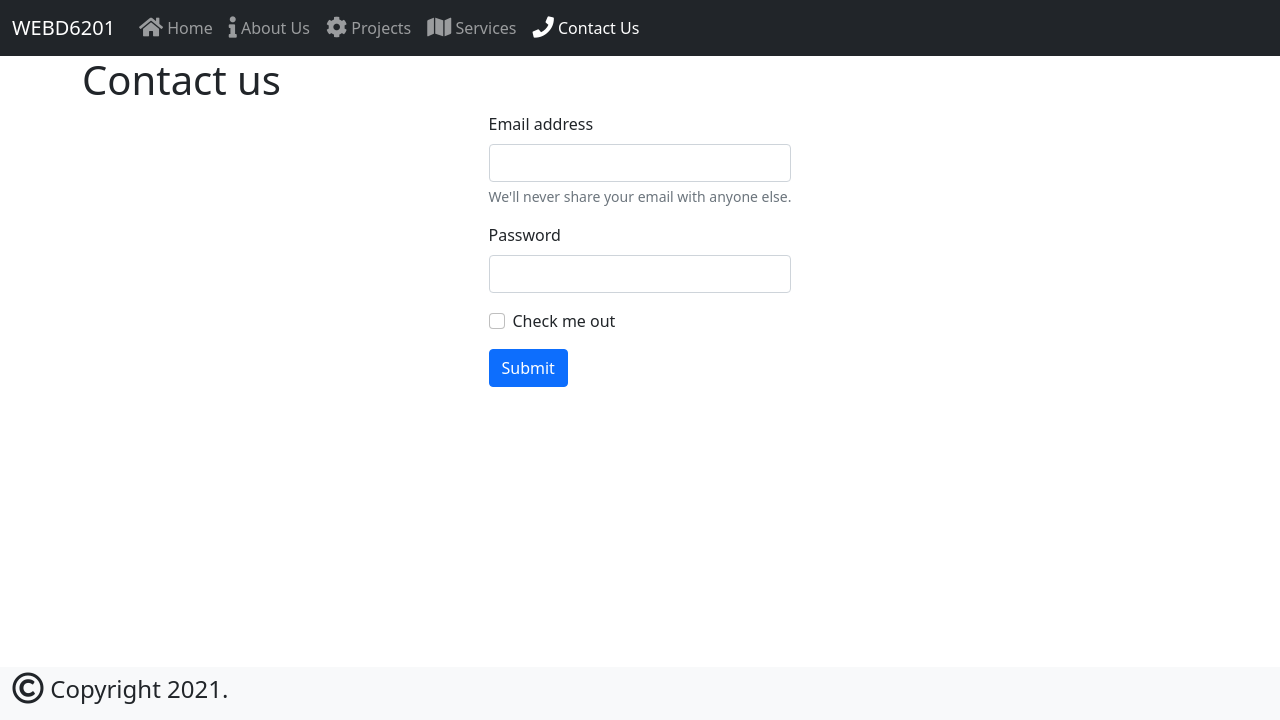
Repository: aphim/Webd6201-wk3
Page: contact.html
These files come from the project's save history. The page is drawn as it stood at one moment and after the next save; the edit follows.
The browser window is 1280 px wide. The pictures show the whole page.

Above is the page before, as saved 2021-01-21 09:17:38.

### contact.html
<!DOCTYPE html>
<html lang="en">
<head>
    <meta charset="UTF-8">
    <meta name="viewport" content="width=device-width, initial-scale=1.0">
    <title>Contact</title>
    <!-- CSS Section -->
    <link rel="stylesheet" href="./node_modules/bootstrap/dist/css/bootstrap.min.css">
    <link rel="stylesheet" href="./node_modules/@fortawesome/fontawesome-free/css/all.min.css">
    <link rel="stylesheet" href="./Content/app.css">
</head>
<body>
  <!-- Main Header-->
    <header>
      <!-- Main navigation-->
        <nav class="navbar navbar-expand-lg navbar-dark bg-dark">
            <div class="container-fluid">
              <a class="navbar-brand" href="index.html">WEBD6201</a>
              <button class="navbar-toggler" type="button" data-bs-toggle="collapse" data-bs-target="#navbarSupportedContent" aria-controls="navbarSupportedContent" aria-expanded="false" aria-label="Toggle navigation">
                <span class="navbar-toggler-icon"></span>
              </button>
              <div class="collapse navbar-collapse" id="navbarSupportedContent">
                <ul class="navbar-nav me-auto mb-2 mb-lg-0">
                  <li class="nav-item">
                    <a class="nav-link" aria-current="page" href="index.html"><i class="fas fa-home fa-lg"></i> Home</a>
                  </li>

                  <li class="nav-item">
                    <a class="nav-link" aria-current="page" href="about.html"><i class="fas fa-info fa-lg"></i> About Us</a>
                  </li>

                  <li class="nav-item">
                    <a class="nav-link" aria-current="page" href="projects.html"><i class="fas fa-cog fa-lg"></i> Projects</a>
                  </li>

                  <li class="nav-item">
                    <a class="nav-link" aria-current="page" href="services.html"><i class="fas fa-map fa-lg"></i> Services</a>
                  </li>

                  <li class="nav-item">
                    <a class="nav-link active" aria-current="page" href="contact.html"><i class="fas fa-phone fa-lg"></i> Contact Us</a>
                  </li>
                </ul>
              </div>
            </div>
          </nav>
    </header>

<!--Main Content-->
    <main class="container">
        <h1>Contact us</h1>

<div class="row justify-content-md-center">
  <form class="col-md-auto">

    <div class="mb-3">
      <label for="exampleInputEmail1" class="form-label">Email address</label>
      <input type="email" class="form-control" id="exampleInputEmail1" aria-describedby="emailHelp">
      <div id="emailHelp" class="form-text">We'll never share your email with anyone else.</div>
    </div>

    <div class="mb-3">
      <label for="exampleInputPassword1" class="form-label">Password</label>
      <input type="password" class="form-control" id="exampleInputPassword1">
    </div>

    <div class="mb-3 form-check">
      <input type="checkbox" class="form-check-input" id="exampleCheck1">
      <label class="form-check-label" for="exampleCheck1">Check me out</label>
    </div>

    <button type="submit" class="btn btn-primary">Submit</button>
  </form>
</div>
    </main>

    <!-- Main footer-->
    <footer>
        <nav class="navbar fixed-bottom navbar-light bg-light">
            <div class="container-fluid">
              <h4><i class="far fa-copyright fa-lg"></i> Copyright 2021.</h4>
            </div>
          </nav>
    </footer>

    <!-- Script Section-->
    <script src="./node_modules/jquery/dist/jquery.min.js"></script>
    <script src="./node_modules/bootstrap/dist/js/bootstrap.bundle.min.js"></script>
    <script src="./Scripts/app.js"></script>
</body>
</html>

### Scripts/app.js
/* custom JavaScript goes here */

//IIFE - Immediately Invoked Function Expression
//AKA - Anonymous Self-Executing Function
//Closure - limits scope leak

"use strict";

(function()
{
function displayHome()
{

        let paragraphOneText = "This is a simple site to demonstrate DOM Manipulation for ICE 1";

        //Different ways to select a paragraph element "paragraph one"
        let paragraphOneElement = document.getElementById("paragraphOne");

        //let paragraphOneParagraph = document.getElementsByTagName("p")[0];
        //let paragraphOneQuery = document.querySelector("p");
        //console.log(paragraphOneElement);
        //console.log(paragraphOneParagraph);
        //console.log(paragraphOneQuery);

        paragraphOneElement.textContent = paragraphOneText;
        paragraphOneElement.className = "fs-5";

        // step 1. Create an element
        let newParagraph = document.createElement("p");
        //step 2. configure element
        newParagraph.setAttribute("id", "paragraphTwo");
        newParagraph.textContent = "...And this is paragraph two";
        //Step 3. select the parent element
        let mainContent = document.getElementsByTagName("main")[0];
        //step 4. Add/insert the element
        mainContent.appendChild(newParagraph);

        newParagraph.className = "fs-6";

        //////another way to add an element ///////
        //let paragraphThree =`<p class="fs-7 fw-bold">And this is the Third Paragraph</p>`;
        //mainContent.innerHTML = paragraphThree;

        let paragraphDiv = document.createElement("div");
        let paragraphThree = `<p id="paragraphThree" class="fs-7 fw-bold">And this is the third paragraph</p>`
        paragraphDiv.innerHTML = paragraphThree;

        //insertion before a node
        //newParagraph.before(paragraphDiv);
        newParagraph.after(paragraphDiv);

        //deletions
        //paragraphOneElement.remove();
        mainContent.removeChild(paragraphOneElement);

        //Update / modification of an element
        //mainContent.firstElementChild.textContent = "Welcome Home!";

        mainContent.innerHTML =
        `<h1 id="firstHeading">Welcome to WEBD6201 - Lab 1</h1>
        <p id="paragraphOne" class="fs-3 fw-bold">This is my first paragraph</p>`

}
function displayAbout()
{

}
function displayProjects()
{

}
function displayServices()
{

}
function displayContact()
{

}




    function Start()
    {
        console.log("App Started...");

        switch(document.title)
        {
            case "Home":
                displayHome();
                break;
            case "About":
                displayAbout();
                break;
            case "Projects":
                displayProjects();
                break;
            case "Services":
                displayServices();
                break;
            case "Contact":
                displayContact();
                break;
        }

    }



    window.addEventListener("load", Start);

})();

Loaded but not shown: node_modules/bootstrap/dist/css/bootstrap.min.css (library); node_modules/@fortawesome/fontawesome-free/css/all.min.css (library); Content/app.css (common file); node_modules/jquery/dist/jquery.min.js (library); node_modules/bootstrap/dist/js/bootstrap.bundle.min.js (library)

After the next save:
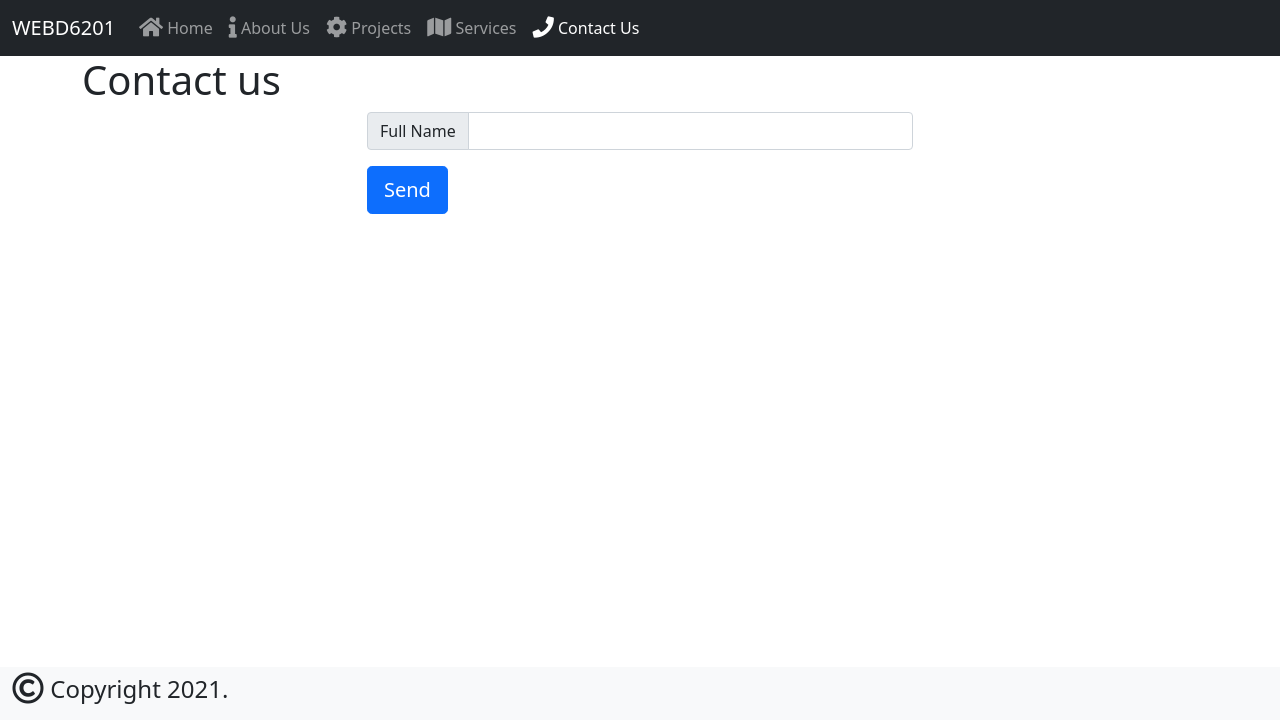
Saved 11 min 59 s later.
--- a/contact.html
+++ b/contact.html
@@ -50,26 +50,16 @@
     <main class="container">
         <h1>Contact us</h1>
 
-<div class="row justify-content-md-center">
-  <form class="col-md-auto">
+<div class="row justify-content-lg-center">
+  <form class="col-lg-6 col-md-10 col-sm-10">
 
-    <div class="mb-3">
-      <label for="exampleInputEmail1" class="form-label">Email address</label>
-      <input type="email" class="form-control" id="exampleInputEmail1" aria-describedby="emailHelp">
-      <div id="emailHelp" class="form-text">We'll never share your email with anyone else.</div>
+    <div class="input-group mb-3">
+      <label class="input-group-text" id="inputGroup-sizing-defualt">Full Name</label>
+      <input id="fullName" type="text" class="form-control" id="Full Name" aria-describedby="Full Name Input"
+      name="fullName" required>
     </div>
 
-    <div class="mb-3">
-      <label for="exampleInputPassword1" class="form-label">Password</label>
-      <input type="password" class="form-control" id="exampleInputPassword1">
-    </div>
-
-    <div class="mb-3 form-check">
-      <input type="checkbox" class="form-check-input" id="exampleCheck1">
-      <label class="form-check-label" for="exampleCheck1">Check me out</label>
-    </div>
-
-    <button type="submit" class="btn btn-primary">Submit</button>
+    <button type="submit" class="btn btn-primary btn-lg">Send</button>
   </form>
 </div>
     </main>
